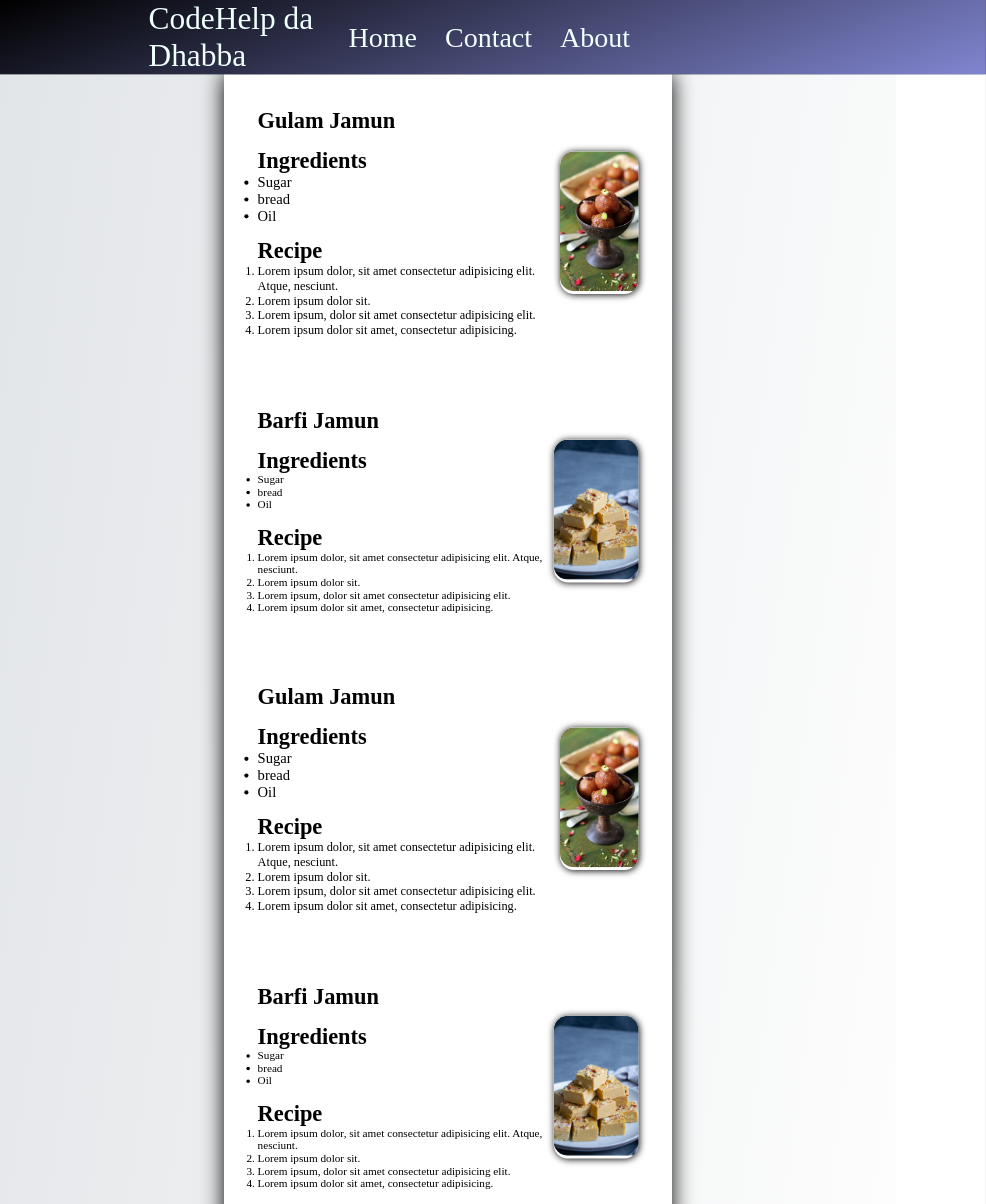
Repository: ssaddamhuss100/Recipe_Html_css
Page: index.html
An editor plug-in stored every save of this project. The page is shown before and after the next save, followed by the edit.
The browser window is 1280 px wide. The page is 1408 px wide, so the pictures cover 1408 px, including what lies to the right of the window. The pictures show the part of the page from y = 0 to 1720 px (the page is 2611 px tall before and 2559 px after), at 70% of full size.

Above is the page before, as saved 2024-12-12 10:49:00.

After the next save:
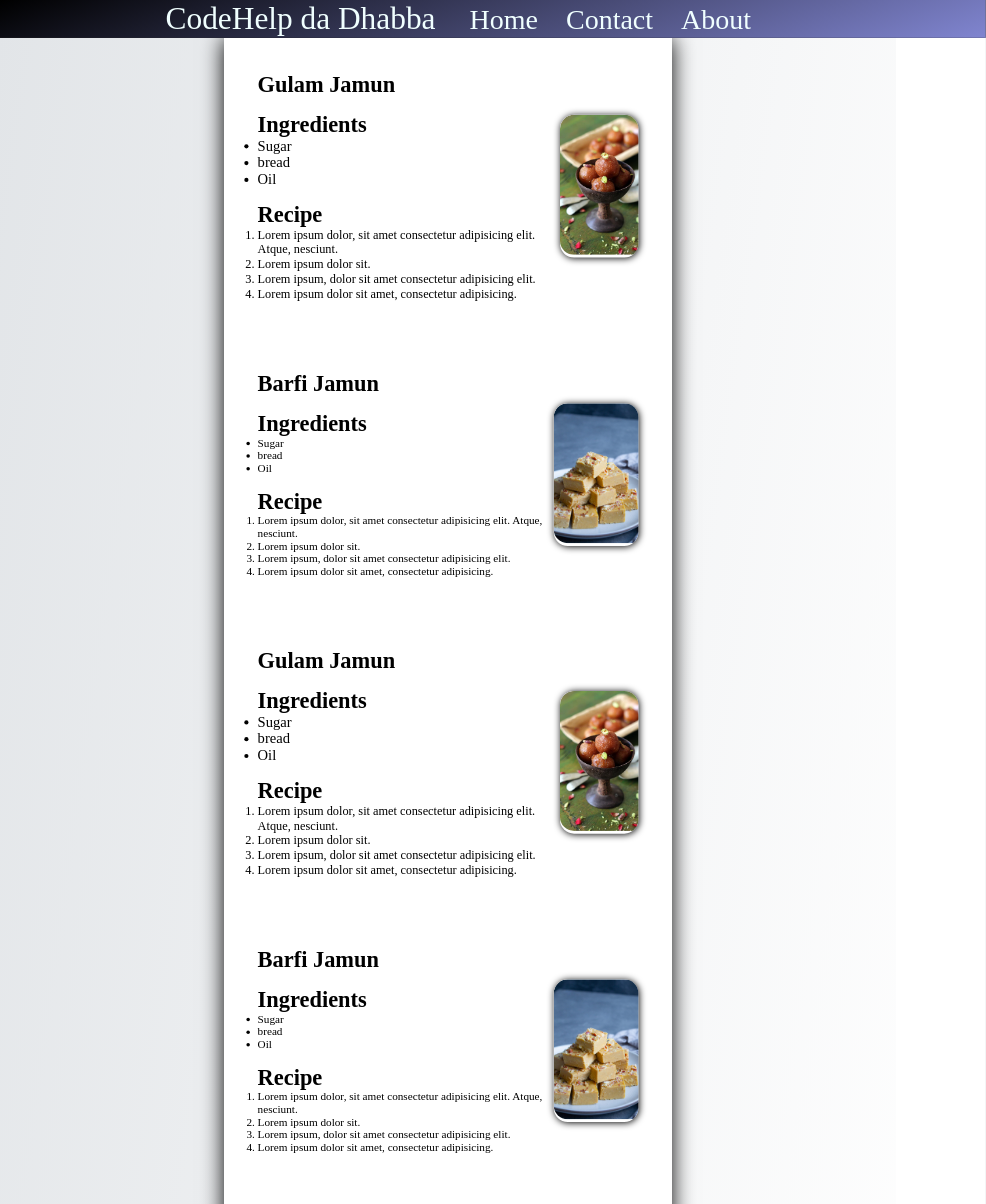
Saved 9 s later.
--- a/style.css
+++ b/style.css
@@ -29,7 +29,7 @@ nav{
     width: 70%;
 }
 #navList{
-    width: 70%;
+    width: 90%;
     padding: 1px;
     /* margin-left: 15px;
     margin-right: 15px; */
